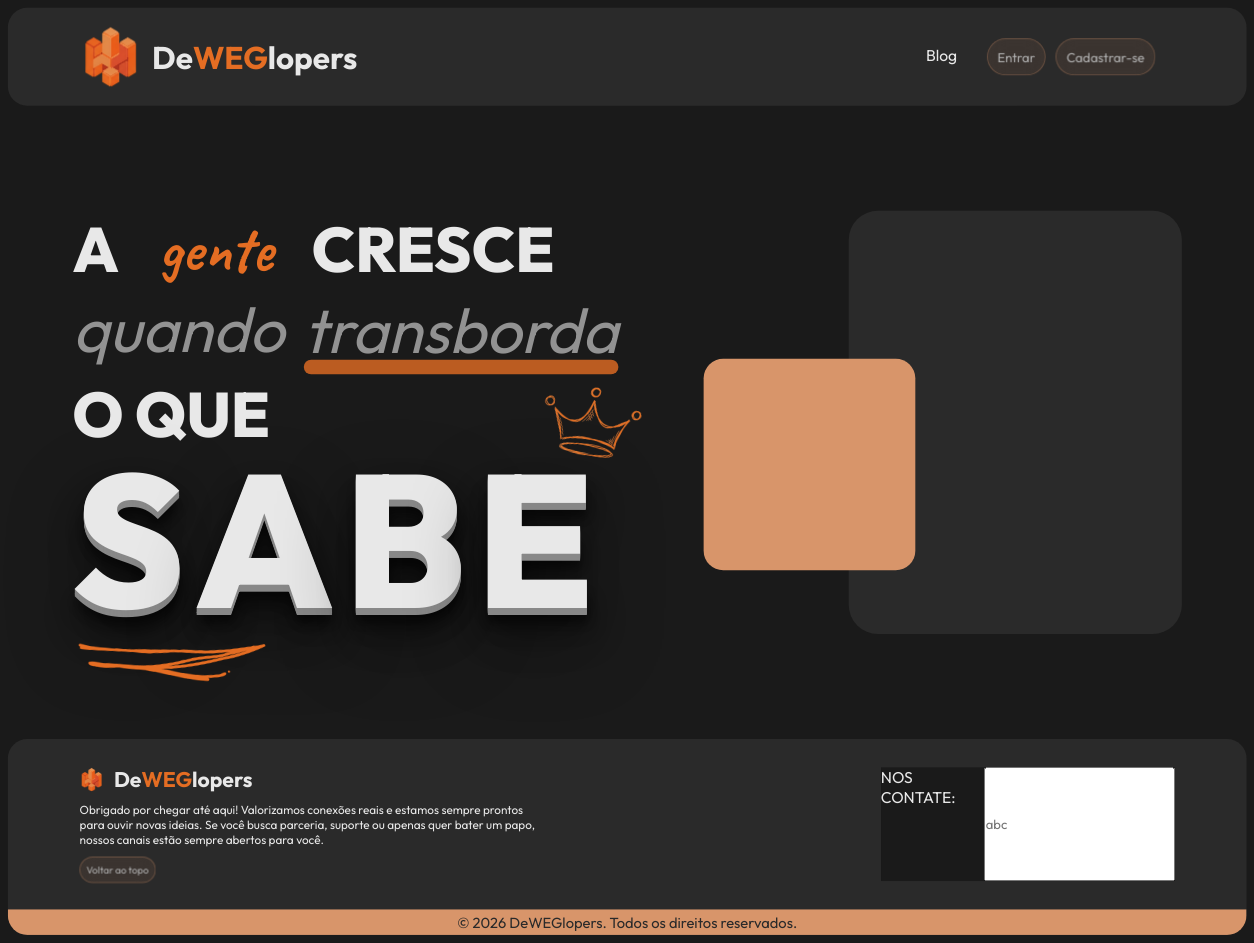
Repository: Pedro-Schulz/Projeto_Liandro
Page: Projeto_Liandro-main/index.html
An editor plug-in stored every save of this project. The page is shown before and after a run of saves, followed by the edit.
The browser window is 1280 px wide. The pictures show the whole page, at 98% of full size.

Above is the page before, as saved 2026-05-20 18:21:17.

After the next 2 saves:
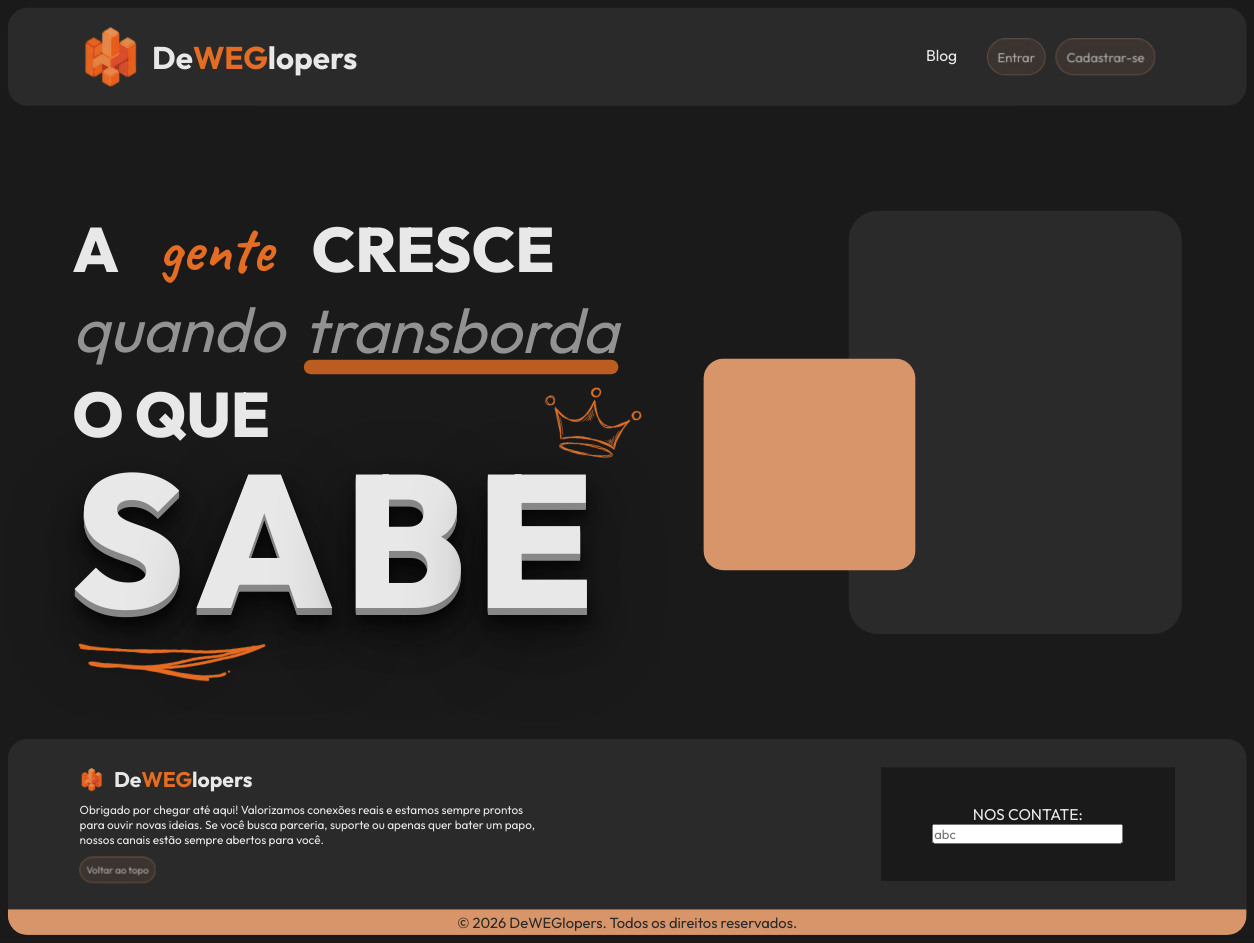
The 2 saves are shown as one change because they came seconds apart.
The last was saved 12 s later.
--- a/Projeto_Liandro-main/assets/styles/style.css
+++ b/Projeto_Liandro-main/assets/styles/style.css
@@ -323,7 +323,9 @@ footer .contato {
     height: 75%;
     width: 300px;
     display: flex;
-    flex
+    flex-direction: column;
+    align-items: center;
+    justify-content: center;
 }
 .copyrigth {
     height: 30px;
